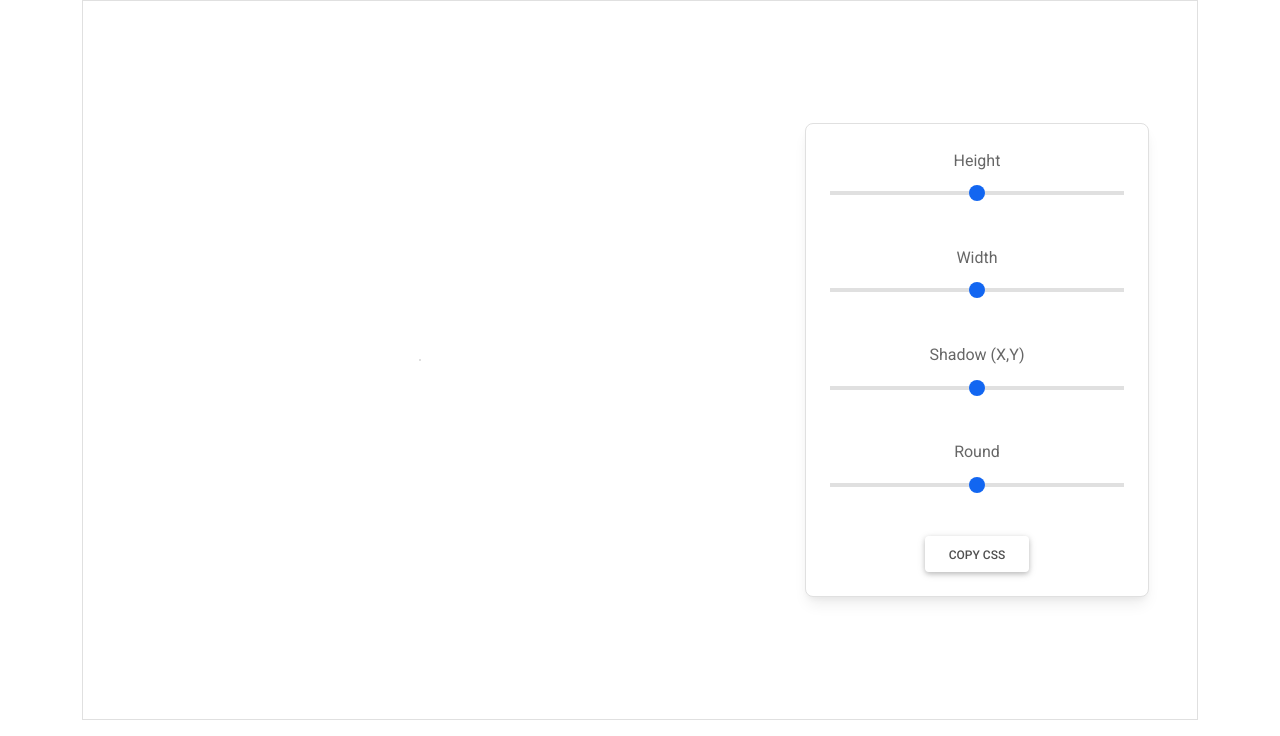
Repository: USaditya98/card-generator
Page: index.html
An editor plug-in stored every save of this project. The page is shown before and after the next save, followed by the edit.
The browser window is 1280 px wide. The pictures show the whole page.
After loading, the first visible `#cssBtn` was clicked once.

Above is the page before, as saved 2021-10-20 13:05:03.
Console error: TypeError: document.getElementById(...).value is not a function

### index.html
<!DOCTYPE html>
<html lang="en">
  <head>
    <meta charset="UTF-8" />
    <meta name="viewport" content="width=device-width, initial-scale=1, shrink-to-fit=no" />
    <meta http-equiv="x-ua-compatible" content="ie=edge" />
    <title>Material Design for Bootstrap</title>
    <!-- MDB icon -->
    <link rel="icon" href="img/mdb-favicon.ico" type="image/x-icon" />
    <!-- Font Awesome -->
    <link rel="stylesheet" href="https://use.fontawesome.com/releases/v5.15.2/css/all.css" />
    <!-- Google Fonts Roboto -->
    <link
      rel="stylesheet"
      href="https://fonts.googleapis.com/css2?family=Roboto:wght@300;400;500;700;900&display=swap"
    />
    <!-- MDB -->
    <link rel="stylesheet" href="css/mdb.min.css" />
  </head>
  <body>
    <!-- Start your project here-->
    <div class="container">
      <div class="sm:flex-column d-flex justify-content-between align-items-center text-center border" style="height: 100vh;">
            <div class="d-flex justify-content-center align-items-center w-100 h-50" >
                <div class="text-center border " id="create">
                </div>
            </div>
            <div class="sm-w-100 border w-50 p-2 mx-5 card">
              <div class="m-3">
                  <label class="form-label" for="height">Height</label>
                  <div class="range">
                  <input type="range" class="form-range" id="height" min="0" max="500" step="10" onchange="changeHeight(this.value)"/>
                  </div>
              </div>
              <div class="m-3">
                  <label class="form-label" for="width">Width</label>
                  <div class="range">
                  <input type="range" class="form-range" id="width" min="0" max="500" step="10" onchange="changeWidth(this.value)" />
                  </div>
              </div>
              <div class="m-3">
                  <label class="form-label" for="shadow">Shadow (X,Y)</label>
                  <div class="range">
                  <input type="range" class="form-range" id="shadow" min="0" max="25" step="0.5" onchange="changeShadowXY(this.value)"/>
                  </div>
              </div>
              <div class="m-3">
                  <label class="form-label" for="radius">Round</label>
                  <div class="range">
                  <input type="range" class="form-range" id="radius" onchange="changeRadius(this.value)"/>
                  </div>
              </div>
              <div class="m-3">
                  <button class="btn" id="cssBtn">Copy CSS</button>
              </div>
            </div>
      </div>
      <div >
          <ul id="generatedCss">

          </ul>
      </div>
    </div>
    <!-- End your project here-->

    <!-- MDB -->
    <script type="text/javascript" src="js/mdb.min.js"></script>
    <!-- Custom scripts -->
    <script type="text/javascript">
        function changeHeight(val) {
            document.getElementById('create').style.height = val + 'px';
        }
        function changeWidth(val) {
            document.getElementById('create').style.width = val + 'px';
        }
        function changeShadowXY(val) {
         // const shadowXY = document.getElementById('shadowBlur').value;
          //localStorage.shadowxy = val;
         // localStorage.shadowblur = shadowXY;
          //localStorage.setItem('shadowxy', val);
         // localStorage.setItem('shadowblur', shadowXY);
          document.getElementById('create').style.boxShadow = val + 'px' + ' ' + val + 'px' + ' ' + '16px' + ' ' +'0px' + ' ' +'lightgray';
        }

        function changeRadius(val) {
            document.getElementById('create').style.borderRadius  = val + '%' ;
        }
        const cssBtn = document.getElementById('cssBtn');
        cssBtn.addEventListener('click',generateCss);
        function generateCss(){
          var height = document.getElementById('height').value();
          var li = document.createElement("li");
          document.getElementById('generatedCss').appendChild(li);


          var arr = ['alpha', 'bravo', 'charlie', 'delta', 'echo'];
          var cont = document.getElementById('generatedCss');

          // create ul element and set the attributes.
          var ul = document.createElement('ul');
          ul.setAttribute('style', 'padding: 0; margin: 0;');
          ul.setAttribute('id', 'theList');

          for (i = 0; i <= arr.length - 1; i++) {
              var li = document.createElement('li');     // create li element.
              li.innerHTML = arr[i];      // assigning text to li using array value.
              li.setAttribute('style', 'display: block;');    // remove the bullets.

              ul.appendChild(li);     // append li to ul.
          }

          cont.appendChild(ul);
        }
    </script>
  </body>
</html>

Loaded but not shown: css/mdb.min.css (library); js/mdb.min.js (library)

After the next save:
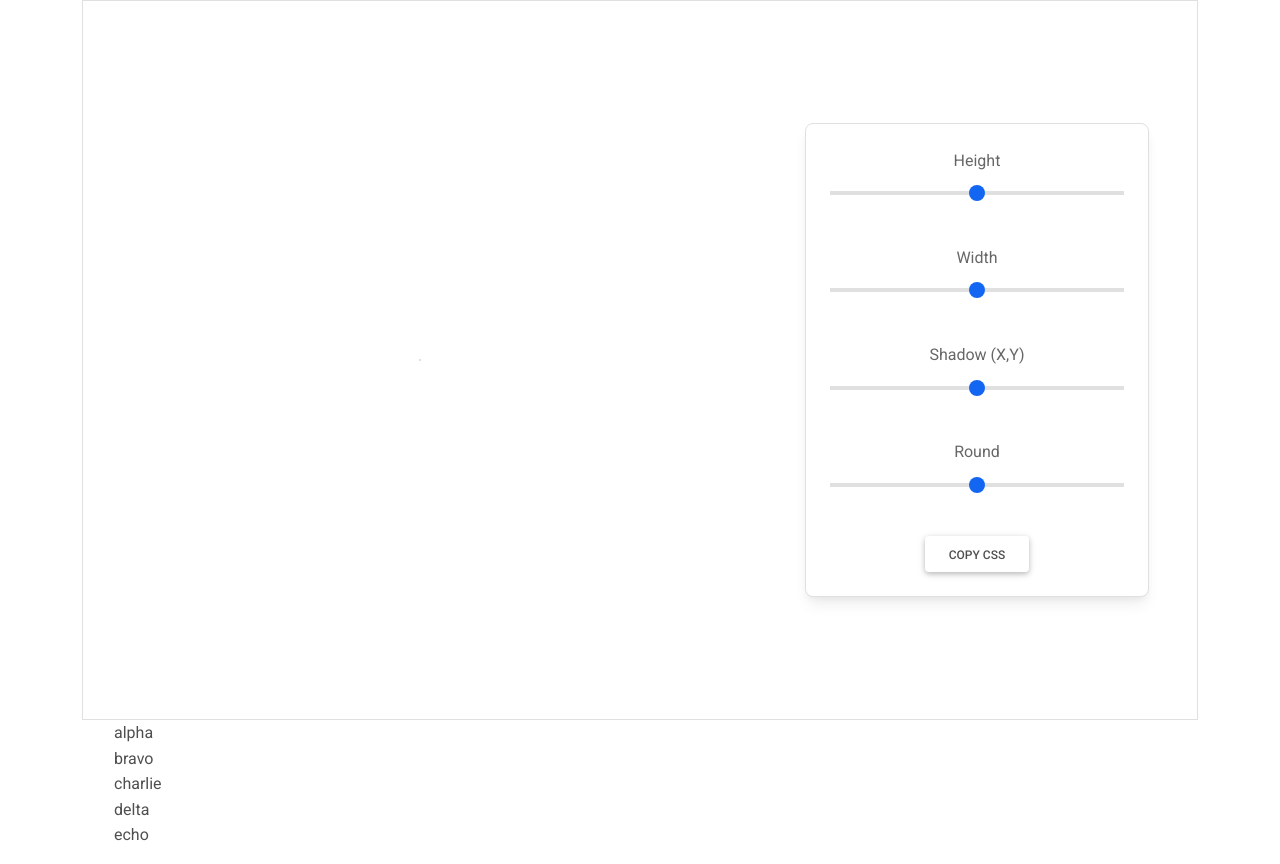
The error is gone.
Saved 4 s later.
--- a/index.html
+++ b/index.html
@@ -88,9 +88,9 @@
         const cssBtn = document.getElementById('cssBtn');
         cssBtn.addEventListener('click',generateCss);
         function generateCss(){
-          var height = document.getElementById('height').value();
-          var li = document.createElement("li");
-          document.getElementById('generatedCss').appendChild(li);
+         // var height = document.getElementById('height').value();
+         // var li = document.createElement("li");
+         // document.getElementById('generatedCss').appendChild(li);
 
 
           var arr = ['alpha', 'bravo', 'charlie', 'delta', 'echo'];
